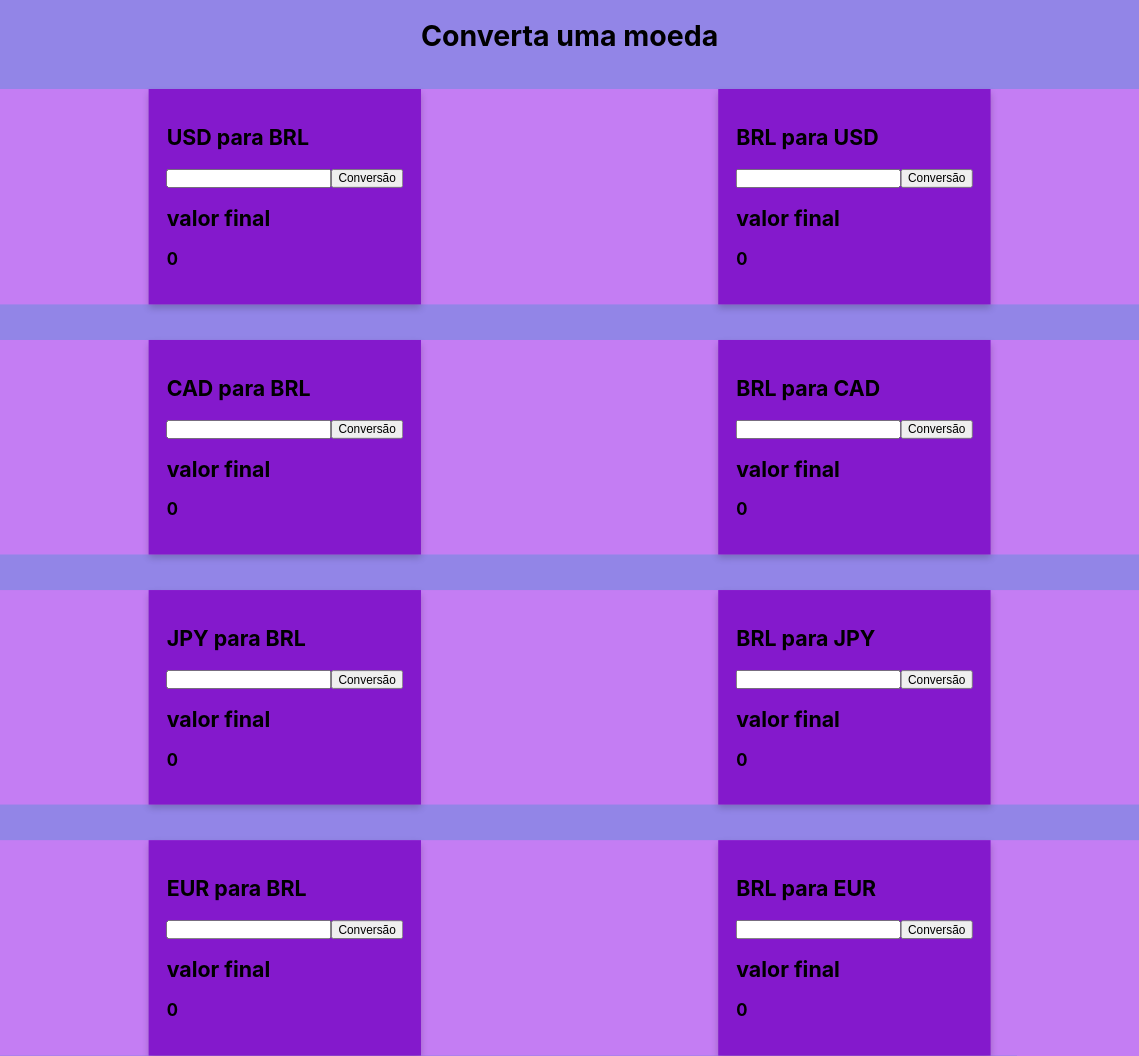
Repository: DeanLemosXD/Currency-converter
Page: /
These files come from the project's save history. The page is drawn as it stood at one moment and after the next save; the edit follows.
The browser window is 1280 px wide. The pictures show the whole page, at 89% of full size.
The project was rebuilt for these pictures with package versions that can differ from the ones it lists, and the page was loaded fresh each time.

Above is the page before, as saved 2021-10-19 18:26:09.

### src/index.css
body {
  margin: 0;
  font-family: -apple-system, BlinkMacSystemFont, 'Segoe UI', 'Roboto', 'Oxygen',
    'Ubuntu', 'Cantarell', 'Fira Sans', 'Droid Sans', 'Helvetica Neue',
    sans-serif;
  -webkit-font-smoothing: antialiased;
  -moz-osx-font-smoothing: grayscale;
  background-color:rgb(146, 133, 231)
}

code {
  font-family: source-code-pro, Menlo, Monaco, Consolas, 'Courier New',
    monospace;
}

### src/App.js
import './App.css';
import Conversor from './components/Conversor';

function App() {
  return (
    <div className="App">
      <h1>Converta uma moeda</h1>
      <div className="linha">
      <Conversor moedaA="USD" moedaB="BRL"></Conversor>
      <Conversor moedaA="BRL" moedaB="USD"></Conversor>
      </div>
      <div className="linha">
      <Conversor moedaA="CAD" moedaB="BRL"></Conversor>
      <Conversor moedaA="BRL" moedaB="CAD"></Conversor>
      </div>
      <div className="linha">
      <Conversor moedaA="JPY" moedaB="BRL"></Conversor>
      <Conversor moedaA="BRL" moedaB="JPY"></Conversor>
      </div>
      <div className="linha">
      <Conversor moedaA="EUR" moedaB="BRL"></Conversor>
      <Conversor moedaA="BRL" moedaB="EUR"></Conversor>
      </div>
    </div>
  );
}

export default App;

### src/App.css
.linha{
    display:flex;
    margin-top:  40px;
    justify-content: space-around;
    background-color:rgb(196, 125, 243)

}

h1{

    text-align: center;
}

.app{
    margin: auto;
    max-width: 900px;
}

### src/components/Conversor.js
import React, { Component } from 'react'
import './conversor.css'
export default class Conversor extends Component {

    // eslint-disable-next-line no-useless-constructor
    constructor(props){
        super(props);

        this.state = {
            moedaA_Valor:"",
            moedaB_Valor:0,

        }

        this.converter = this.converter.bind(this)
    }

    converter(){

        let de_para = `${this.props.moedaA}_${this.props.moedaB}`;
        let url = `http://free.currconv.com/api/v7/convert?q=${de_para}&compact=ultra&apiKey=0d7e32903cad9cf7460c`
        //console.log(url)
        fetch(url).then(res=>{
            return res.json()
        })
        .then(json=>{

            let cotacao = json[de_para];
            let moedaB_Valor = (parseFloat(this.state.moedaA_Valor) * cotacao).toFixed(2)
            this.setState({moedaB_Valor})
        })
    }
    render(){
        return (
            <div className="conversor">
                <h2>{this.props.moedaA} para {this.props.moedaB}</h2>
                <input type="text" onChange={(event)=>{this.setState({moedaA_Valor:event.target.value})}}></input>
                <input type="button" value="Conversão" onClick={this.converter}></input>
                <h2>valor final</h2>
                <h3>{this.state.moedaB_Valor}</h3>
            </div>
        )
    }
}

### src/components/conversor.css
.conversor{
        padding: 20px;
        max-width: 300px;
        box-shadow: 0 4px 8px 0 rgba(0, 0, 0, 0.2);
        background-color: rgb(132, 25, 204);
}

Loaded but not shown: public/index.html (common file); src/index.js (common file); src/reportWebVitals.js (common file)

After the next save:
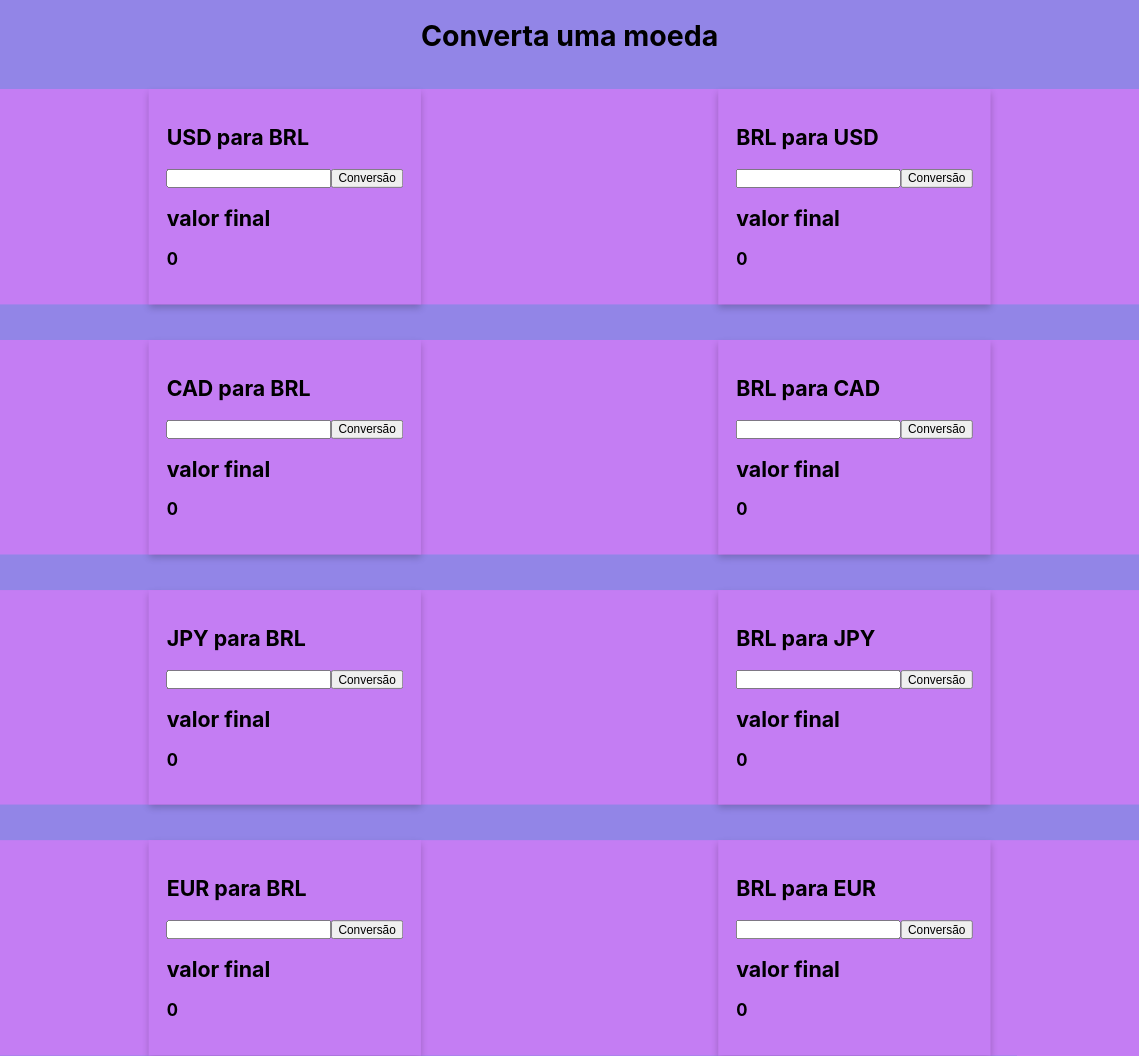
Saved 4 s later.
--- a/src/components/conversor.css
+++ b/src/components/conversor.css
@@ -2,5 +2,5 @@
         padding: 20px;
         max-width: 300px;
         box-shadow: 0 4px 8px 0 rgba(0, 0, 0, 0.2);
-        background-color: rgb(132, 25, 204);
+        background-color: rgb(196, 125, 243);
 }
